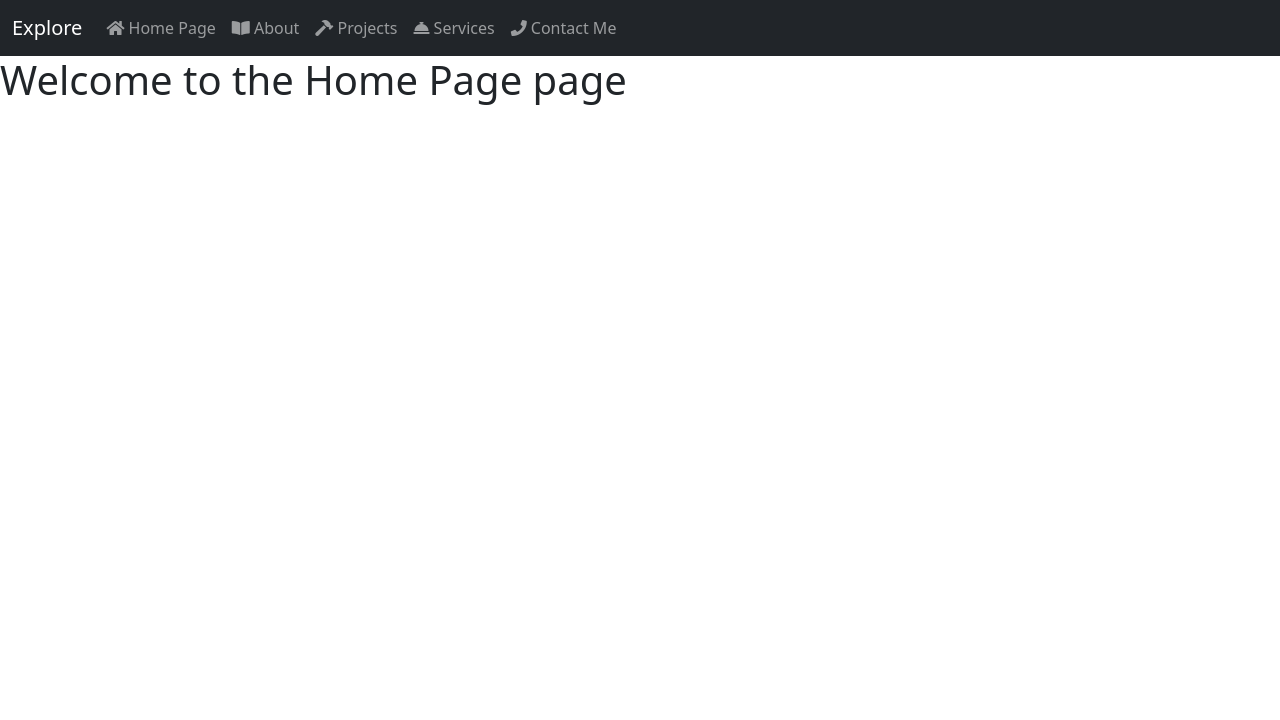
Repository: Survey-Wizard/SurveyWizard
Page: http://localhost/
An editor plug-in stored every save of this project. The page is shown before and after the next save, followed by the edit.
The browser window is 1280 px wide. The pictures show the whole page.
The page is served by the project's Node server (server.js). Other server files are loaded and not shown.

Above is the page before, as saved 2021-05-30 10:18:08.

### views/index.ejs
<!DOCTYPE html>
<html lang="en">
<head>
  <meta charset="UTF-8">
  <meta http-equiv="X-UA-Compatible" content="IE=edge">
  <meta name="viewport" content="width=device-width, initial-scale=1.0">
  <title><%= title %></title>
  <link rel='stylesheet' href='/bootstrap/dist/css/bootstrap.min.css' />
  <link rel='stylesheet' href='/@fortawesome/fontawesome-free/css/all.min.css' />
  <link rel='stylesheet' href='/Content/app.css' />

</head>
<body>

  <nav class="navbar navbar-expand-lg navbar-dark bg-dark">
    <div class="container-fluid">
      <a class="navbar-brand" href="#">Explore</a>

      <button class="navbar-toggler" type="button" data-bs-toggle="collapse" data-bs-target="#navbarSupportedContent" aria-controls="navbarSupportedContent" aria-expanded="false" aria-label="Toggle navigation">
        <span class="navbar-toggler-icon"></span>
      </button>

      <div class="collapse navbar-collapse" id="navbarSupportedContent">
        <ul class="navbar-nav ml-auto">

          <li class="nav-item active">
            <a class="nav-link"  href="/home"><i class="fas fa-home"></i> Home Page</a>
          </li>

          <li class="nav-item active">
            <a class="nav-link"  href="/about"><i class="fas fa-book-open"></i> About</a>
          </li>

          <li class="nav-item active">
            <a class="nav-link"  href="/projects"><i class="fas fa-hammer"></i> Projects</a>
          </li>

          <li class="nav-item active">
            <a class="nav-link"  href="/services"><i class="fas fa-concierge-bell"></i> Services</a>
          </li>

          <li class="nav-item active">
            <a class="nav-link"  href="/contact"><i class="fas fa-phone"></i> Contact Me</a>
          </li>

        </div>
      </nav>



  <h1>Welcome to the <%= title %> page</h1>



  <script src="/jquery/dist/jquery.min.js"></script>
  <script src="/bootstrap/dist/css/bootstrap.min.js"></script>
  <script src="/Scripts/app.js"></script>

</body>
</html>

### server.js
#!/usr/bin/env node

/**
 * Module dependencies.
 */

var app = require('./app');
var debug = require('debug')('assignment-1-portfolio:server');
var http = require('http');

/**
 * Get port from environment and store in Express.
 */

var port = normalizePort(process.env.PORT || '3000');
app.set('port', port);

/**
 * Create HTTP server.
 */

var server = http.createServer(app);

/**
 * Listen on provided port, on all network interfaces.
 */

server.listen(port);
server.on('error', onError);
server.on('listening', onListening);

/**
 * Normalize a port into a number, string, or false.
 */

function normalizePort(val) {
  var port = parseInt(val, 10);

  if (isNaN(port)) {
    // named pipe
    return val;
  }

  if (port >= 0) {
    // port number
    return port;
  }

  return false;
}

/**
 * Event listener for HTTP server "error" event.
 */

function onError(error) {
  if (error.syscall !== 'listen') {
    throw error;
  }

  var bind = typeof port === 'string'
    ? 'Pipe ' + port
    : 'Port ' + port;

  // handle specific listen errors with friendly messages
  switch (error.code) {
    case 'EACCES':
      console.error(bind + ' requires elevated privileges');
      process.exit(1);
      break;
    case 'EADDRINUSE':
      console.error(bind + ' is already in use');
      process.exit(1);
      break;
    default:
      throw error;
  }
}

/**
 * Event listener for HTTP server "listening" event.
 */

function onListening() {
  var addr = server.address();
  var bind = typeof addr === 'string'
    ? 'pipe ' + addr
    : 'port ' + addr.port;
  debug('Listening on ' + bind);
}

### routes/index.js
var express = require('express');
var router = express.Router();


/* GET home page. */
router.get('/', function(req, res, next) {
  res.render('index', { title: 'Home Page' });
});

/* GET home page. */
router.get('/home', function(req, res, next) {
  res.render('index', { title: 'Home Page' });
});

/* GET About page. */
router.get('/about', function(req, res, next) {
  res.render('index', { title: 'About' });
});

/* GET Projects page. */
router.get('/projects', function(req, res, next) {
  res.render('index', { title: 'Projects' });
});

/* GET Services page. */
router.get('/services', function(req, res, next) {
  res.render('index', { title: 'Services' });
});

/* GET Contact page. */
router.get('/contact', function(req, res, next) {
  res.render('index', { title: 'Contact Me' });
});



module.exports = router;

### app.js
let createError = require('http-errors');
let express = require('express');
let path = require('path');
let cookieParser = require('cookie-parser');
let logger = require('morgan');

let indexRouter = require('./routes/index');
let usersRouter = require('./routes/users');

let app = express();

// view engine setup
app.set('views', path.join(__dirname, 'views'));
app.set('view engine', 'ejs');

app.use(logger('dev'));
app.use(express.json());
app.use(express.urlencoded({ extended: false }));
app.use(cookieParser());
app.use(express.static(path.join(__dirname, 'public')));
app.use(express.static(path.join(__dirname, 'node_modules')));
app.use('/', indexRouter);
app.use('/users', usersRouter);

// catch 404 and forward to error handler
app.use(function(req, res, next) {
  next(createError(404));
});

// error handler
app.use(function(err, req, res, next) {
  // set locals, only providing error in development
  res.locals.message = err.message;
  res.locals.error = req.app.get('env') === 'development' ? err : {};

  // render the error page
  res.status(err.status || 500);
  res.render('error');
});

module.exports = app;

### public/Content/app.css
/* Custom css */

### public/Scripts/app.js
(function (){

    function Start ()
    {
        console.log("App Started...");

    }

    window.addEventListener("load", Start);

})();

After the next save:
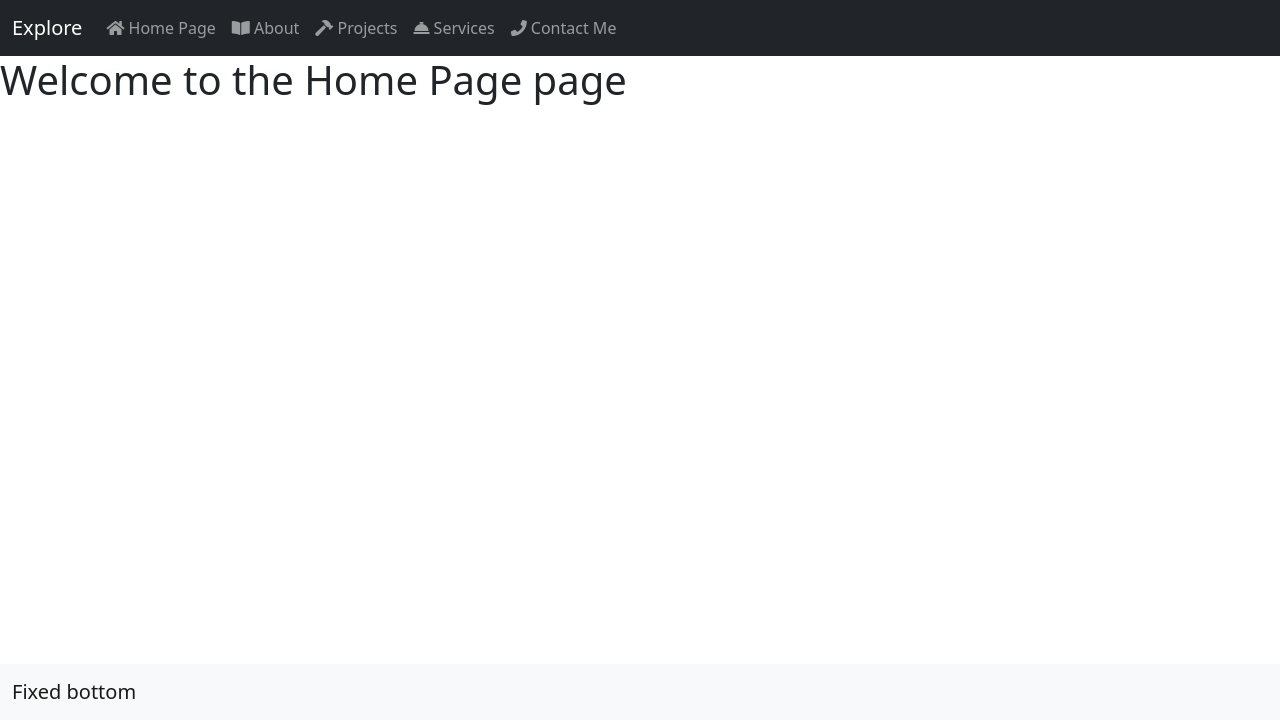
Saved 20 min 46 s later.
--- a/views/index.ejs
+++ b/views/index.ejs
@@ -50,7 +50,11 @@
 
   <h1>Welcome to the <%= title %> page</h1>
 
-
+  <nav class="navbar fixed-bottom navbar-light bg-light">
+    <div class="container-fluid">
+      <a class="navbar-brand" href="#">Fixed bottom</a>
+    </div>
+  </nav>
 
   <script src="/jquery/dist/jquery.min.js"></script>
   <script src="/bootstrap/dist/css/bootstrap.min.js"></script>
